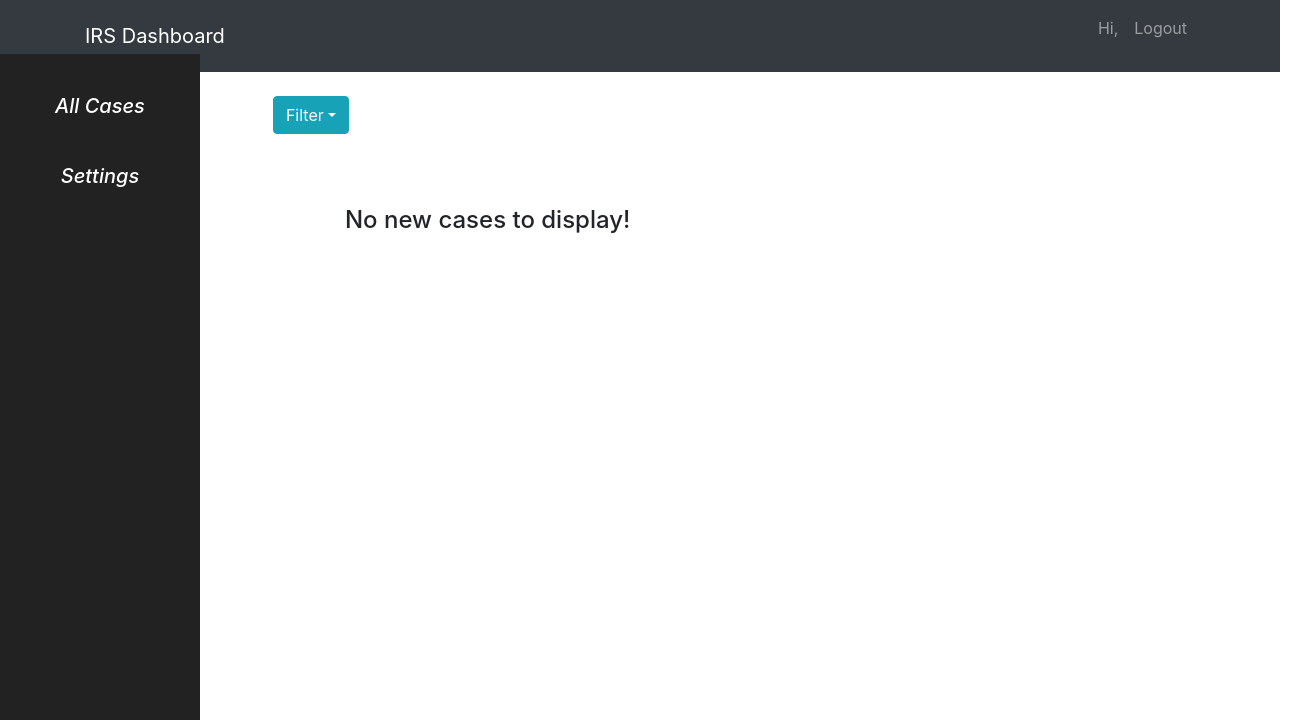
Repository: greeshmavyas/IRS_CS
Page: /AgentDashboard (app in AgentManagement/Frontend/)
An editor plug-in stored every save of this project. The page is shown before and after the next save, followed by the edit.
The browser window is 1280 px wide. The page is 1295 px wide, so the pictures cover 1295 px, including what lies to the right of the window. The pictures show the whole page.
The page's requests for data from a server got no answer. Some web libraries are served in a nearby version. The project was rebuilt for these pictures with package versions that can differ from the ones it lists, and the page was loaded fresh each time. No one was signed in, and anything a server would have sent is missing. Also part of the build but not shown: AgentManagement/Frontend/src/components/NavbarLogin.js, AgentManagement/Frontend/src/components/login.js, AgentManagement/Frontend/src/components/Settings.js, AgentManagement/frontend/src/App.css.

Above is the page before, as saved 2020-10-27 01:43:32.

### AgentManagement/frontend/public/index.html
<!DOCTYPE html>
<html lang="en">
  <head>
    <meta charset="utf-8" />
    <link rel="icon" href="%PUBLIC_URL%/favicon.ico" />
    <meta name="viewport" content="width=device-width, initial-scale=1" />
    <meta name="theme-color" content="#000000" />
    <meta
      name="description"
      content="Web site created using create-react-app"
    />
    <link rel="apple-touch-icon" href="%PUBLIC_URL%/logo192.png" />
    <!--
      manifest.json provides metadata used when your web app is installed on a
      user's mobile device or desktop. See https://developers.google.com/web/fundamentals/web-app-manifest/
    -->
    <link rel="manifest" href="%PUBLIC_URL%/manifest.json" />
    <link rel="stylesheet" href="https://stackpath.bootstrapcdn.com/bootstrap/4.4.1/css/bootstrap.min.css"
      integrity="sha384-Vkoo8x4CGsO3+Hhxv8T/Q5PaXtkKtu6ug5TOeNV6gBiFeWPGFN9MuhOf23Q9Ifjh" crossorigin="anonymous">
    <script src="https://kit.fontawesome.com/db1fc867ad.js" crossorigin="anonymous"></script>
    <!--
      Notice the use of %PUBLIC_URL% in the tags above.
      It will be replaced with the URL of the `public` folder during the build.
      Only files inside the `public` folder can be referenced from the HTML.

      Unlike "/favicon.ico" or "favicon.ico", "%PUBLIC_URL%/favicon.ico" will
      work correctly both with client-side routing and a non-root public URL.
      Learn how to configure a non-root public URL by running `npm run build`.
    -->
    <title>React App</title>
  </head>
  <body>
    <noscript>You need to enable JavaScript to run this app.</noscript>
    <div id="root"></div>
    <script src="https://code.jquery.com/jquery-3.4.1.slim.min.js"
      integrity="sha384-J6qa4849blE2+poT4WnyKhv5vZF5SrPo0iEjwBvKU7imGFAV0wwj1yYfoRSJoZ+n" crossorigin="anonymous"></script>
    <script src="https://cdn.jsdelivr.net/npm/popper.js@1.16.0/dist/umd/popper.min.js"
      integrity="sha384-Q6E9RHvbIyZFJoft+2mJbHaEWldlvI9IOYy5n3zV9zzTtmI3UksdQRVvoxMfooAo" crossorigin="anonymous"></script>
    <script src="https://stackpath.bootstrapcdn.com/bootstrap/4.4.1/js/bootstrap.min.js"
      integrity="sha384-wfSDF2E50Y2D1uUdj0O3uMBJnjuUD4Ih7YwaYd1iqfktj0Uod8GCExl3Og8ifwB6" crossorigin="anonymous"></script>
    <!--
      This HTML file is a template.
      If you open it directly in the browser, you will see an empty page.

      You can add webfonts, meta tags, or analytics to this file.
      The build step will place the bundled scripts into the <body> tag.

      To begin the development, run `npm start` or `yarn start`.
      To create a production bundle, use `npm run build` or `yarn build`.
    -->
  </body>
</html>

### AgentManagement/Frontend/src/App.js
import React from 'react';
import { BrowserRouter } from 'react-router-dom';
import Main from "./Main"
import './App.css';

function App() {
  return (
    <div>
      <BrowserRouter>
        <Main />
      </BrowserRouter>
    </div>
  );
}

export default App;

### AgentManagement/Frontend/src/Main.js
import React, { Component } from 'react';
import { Route } from 'react-router-dom';
import login from './components/login';
import Dashboard from './components/Dashboard';
import Settings from './components/Settings';

 class Main extends Component {
    render() {
        return (
          <div>
            <Route exact path="/" component={login} />
            <Route exact path="/AgentDashboard" component={Dashboard} />
            <Route exact path="/settings" component={Settings} />
          </div>
        );
    }
}

export default Main;

### AgentManagement/Frontend/src/components/Dashboard.js
import React, { Component } from 'react';
import axios from "axios";
import NavbarDash from "./NavbarDash";
import { Modal, ModalHeader, ModalBody, ModalFooter } from "reactstrap";
import Sidebar from './Sidebar'
import config from '../config/settings'
import Card from 'react-bootstrap/Card'
import Dropdown from 'react-bootstrap/Dropdown'


class Dashboard extends Component {
  constructor() {
    super();
    this.state = {
      allCases: {},
      viewcase: null,
      modal: false,
      mstatus: "open",
      flag: false
    };

  }

  showModal = () => {
    console.log("hello");
    this.setState({
      modal: !this.state.modal,
    });
  };
  showModal1 = (viewcase) => {
    console.log("hello1");
    this.setState({
      modal: !this.state.modal,
      viewcase: viewcase,
    });
  };

  handleStatusChange = (modalstatus) => {
    this.setState({
      mstatus: modalstatus
    })
  }

  async componentDidMount() {
    console.log("in get all cases frontend")

    let agentID = localStorage.getItem("agentID");
    let organisationID = localStorage.getItem("organisationID")

    axios.defaults.withCredentials = true;
    let data = {
      agentID: agentID,
      organisationID: organisationID
    };
    console.log("data is..")
    console.log(data);

    axios({
      method: 'get',
      url: 'http://' + config.hostname + ':' + config.backendPort + '/getCases',
      params: data,
    })
      .then((response) => {
        console.log("response from getCases")
        console.log(response)

        if (response.status === 200) {
          let receivedCases = response.data.cases;
          console.log("received cases")
          console.log(response.data.cases)
          if (receivedCases) {
            this.setState({ allCases: receivedCases, flag: true });
          } else {
            this.setState({ allCases: {} });
          }
        }
        else {
          this.setState({ allCases: {} });
        }

      })
      .catch(error => {
        console.log(error);
        this.setState({ allCases: {} })
      })
  }

  render() {
    const closeBtn = (
      <button className="close" onClick={() => this.showModal()}>
        &times;
       </button>
    );
    var casedetails;
    if (this.state.flag) {
      casedetails = this.state.allCases.map((ticket) => {
        return (
          <div>
            <div onClick={() => this.showModal1(ticket)} >
              <Card>
                <Card.Body>
                  <table>
                    <tbody >
                      <tr >
                        <td style={{ width: '10rem' }}> ID: {ticket.CaseID}</td>
                        <td style={{ width: '15rem' }}>Status: {ticket.Status}</td>
                        <td style={{ width: '50rem' }}>{ticket.Information} </td>
                      </tr>
                    </tbody>
                  </table>
                </Card.Body>
              </Card>
            </div>
          </div>
        );
      });
    }
    return (
      <div>
        <NavbarDash />
        <div className="row">
          <div className="col-2">
            <Sidebar /></div>

          <div className="container col-9">
          <Dropdown>
            <Dropdown.Toggle variant="info" id="dropdown-basic">
              Filter
            </Dropdown.Toggle>

            <Dropdown.Menu>
              <Dropdown.Item href="#/action-1">Action</Dropdown.Item>
              <Dropdown.Item href="#/action-2">Another action</Dropdown.Item>
              <Dropdown.Item href="#/action-3">Something else</Dropdown.Item>
            </Dropdown.Menu>
          </Dropdown>




            {this.state.allCases.length > 0 ? (
              <div className="col-10">
                {casedetails}
                {this.state.viewcase != null ? (
                  <Modal
                    isOpen={this.state.modal}
                    toggle={() => this.showModal()}
                    className="modal-popup-lg"
                    scrollable
                  >
                    <ModalHeader
                      toggle={() => this.showModal()}
                      close={closeBtn}
                    >
                      Case Details
                   </ModalHeader>
                    <ModalBody className="modal-body">
                      <div className=" row form-group">
                        <p className="font-weight col-7">
                          Information : {this.state.viewcase.Information}
                        </p>



                        <div className="col-3">
                          <button class="btn btn-success dropdown-toggle" type="button" id="dropdownMenuButton" data-toggle="dropdown" aria-haspopup="true" aria-expanded="false">
                            {this.state.mstatus}</button>
                          <div class="dropdown-menu" aria-labelledby="dropdownMenuButton">
                            <button onClick={() => this.handleStatusChange("Working")} class="dropdown-item" >Working</button>
                            <button onClick={() => this.handleStatusChange("Resolved")} class="dropdown-item" >Resolved</button>
                            <button onClick={() => this.handleStatusChange("Postponed")} class="dropdown-item" >Postponed</button>
                          </div>
                        </div>
                      </div>
                      <div className="form-group">
                        <p className="font-weight-bold">
                          Resolution Comments : {this.state.viewcase.ResolutionComments}
                        </p>

                      </div>

                    </ModalBody>
                    <ModalFooter>
                    </ModalFooter>
                  </Modal>
                ) : null}
              </div>
            ) : (
                <div>
                  <h4 style={{ margin: "3em" }}>No new cases to display!</h4>
                </div>
              )}
          </div>

        </div>
      </div>
    );
  }
}

export default Dashboard;

### AgentManagement/Frontend/src/config/settings.js
module.exports = {
    "hostname": "localhost",
    "backendPort": 3001,
    'frontendHostName': 'localhost',
    'frontendPort': 3000,
};

### AgentManagement/Frontend/src/components/NavbarDash.js
import React, { Component } from 'react';

class NavbarDash extends Component {

  handleLogout = () => {
    window.localStorage.clear();
  };

  render() {
    return (
      <nav className="navbar navbar-expand-sm navbar-dark bg-dark mb-4">
        <div className="container">
          <a className="navbar-brand" href="/AgentDashboard">
            IRS Dashboard
          </a>
          <button
            className="navbar-toggler"
            type="button"
            data-toggle="collapse"
            data-target="#mobile-nav"
          >
            <span className="navbar-toggler-icon"></span>
          </button>

          <div className="collapse navbar-collapse" id="mobile-nav">

            <ul className="navbar-nav ml-auto">
              <li className="nav-item">
                <p className="nav-link" >
                  Hi, {localStorage.getItem("firstname")}
                </p>
              </li>
              <li className="nav-item">
                <a className="nav-link" href="/" onClick={this.handleLogout}>
                  Logout
                </a>
              </li>
            </ul>
          </div>
        </div>
      </nav>
    );
  }
}

export default NavbarDash;

### AgentManagement/Frontend/src/components/Sidebar.js
import React from 'react';
import styled from 'styled-components';
import { BrowserRouter as Router, Route, Link, withRouter } from "react-router-dom";

const StyledSideNav = styled.div`
    position: fixed;     /* Fixed Sidebar (stay in place on scroll and position relative to viewport) */
    height: 100%;
    width: 200px;     /* Set the width of the sidebar */
    z-index: 1;      /* Stay on top of everything */
    top: 3.4em;      /* Stay at the top */
    background-color: #222; /* Black */
    overflow-x: hidden;     /* Disable horizontal scroll */
    padding-top: 40px;
    font-style: oblique;
`;

class SideNav extends React.Component {
    constructor(props) {
        super(props);
        this.state = {
            activePath: props.location.pathname,
            items: [
                {
                  path: '/dashboard', /* path is used as id to check which NavItem is active basically */
                  name: 'All Cases',
                  key: 1 /* Key is required, else console throws error. Does this please you Mr. Browser?! */
                },
                {
                    path: '/Settings',
                    name: 'Settings',
                    key: 2
                  },
              ]
        }
    }

    onItemClick = (path) => {
        this.setState({ activePath: path });
    }

    render() {
        const { items, activePath } = this.state;
        return(
            <StyledSideNav>
                {
                    items.map((item) => {
                        return (
                            <NavItem
                                path={item.path}
                                name={item.name}
                                onItemClick={this.onItemClick}
                                active={item.path === activePath}
                                key={item.key}
                            />
                        );
                    })
                }
            </StyledSideNav>
        );
    }
}

const RouterSideNav = withRouter(SideNav);

const StyledNavItem = styled.div`
    height: 70px;
    width: 200px; /* width must be same size as NavBar to center */
    text-align: center; /* Aligns <a> inside of NavIcon div */
    margin-bottom: 0;   /* Puts space between NavItems */
    a {
        font-size: 2.7em;
        color: ${(props) => props.active ? "white" : "#FFFFFF"};
        :hover {
            opacity: 0.7;
            text-decoration: none; /* Gets rid of underlining of icons */
        }
    }
`;

class NavItem extends React.Component {
    handleClick = () => {
        const { path, onItemClick } = this.props;
        onItemClick(path);
    }

    render() {
        const { active } = this.props;
        return(

            <StyledNavItem active={active}>

                <Link to={this.props.path}   className={this.props.name} onClick={this.handleClick}>

                    <NavIcon> <h5 color = "#FFFFFF" >{this.props.name}</h5></NavIcon>
                </Link>
            </StyledNavItem>
        );
    }
}

const NavIcon = styled.div`
`;

export default class Sidebar extends React.Component {
    render() {
        return (
            <RouterSideNav></RouterSideNav>
        );
    }
}

Loaded but not shown: AgentManagement/Frontend/src/index.js (common file); AgentManagement/frontend/src/index.css (common file); AgentManagement/frontend/src/serviceWorker.js (common file)

After the next save:
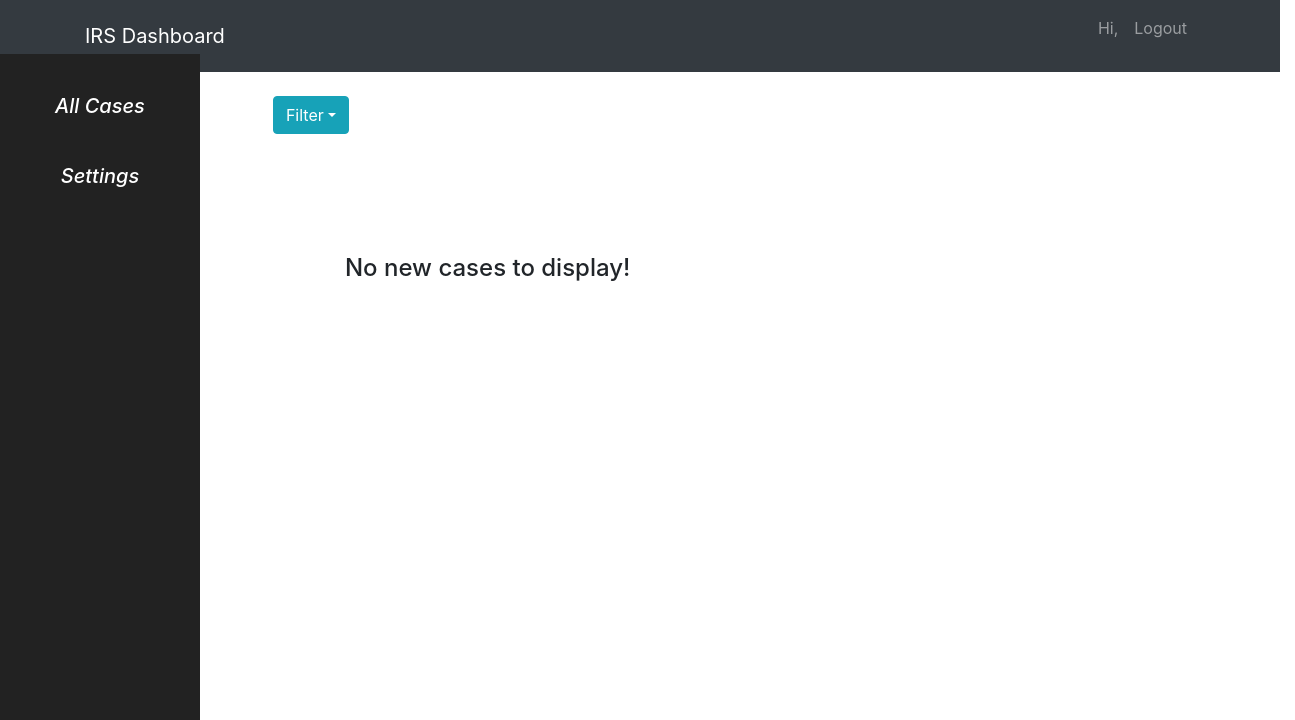
Saved 19 s later.
--- a/AgentManagement/Frontend/src/components/Dashboard.js
+++ b/AgentManagement/Frontend/src/components/Dashboard.js
@@ -135,7 +135,8 @@ class Dashboard extends Component {
             </Dropdown.Menu>
           </Dropdown>
 
-
+          <br></br>
+          <br></br>
 
 
             {this.state.allCases.length > 0 ? (
